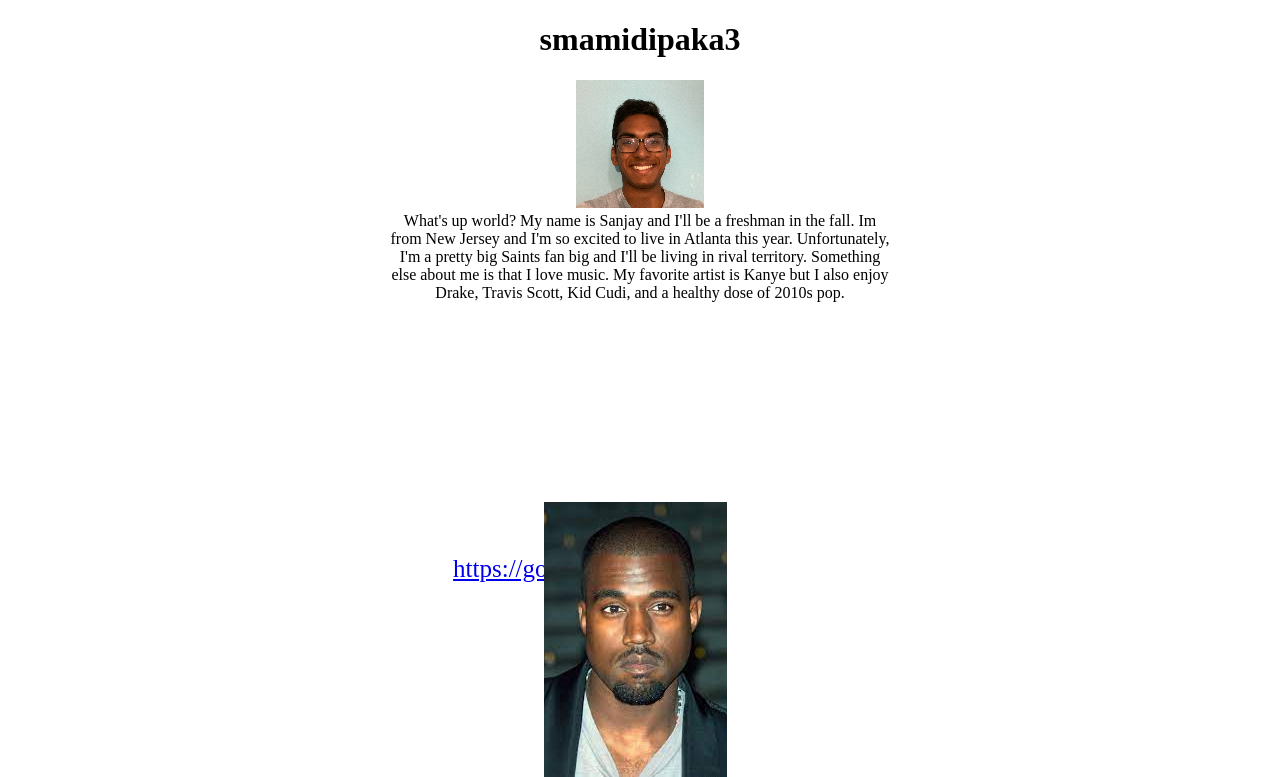
Repository: sanjayMamidipaka/cs1301
Page: lab01/index.html
The author's editor kept a copy of each file at every save. The page is drawn from the files as they stood at one save, then again after the next save.
The browser window is 1280 px wide. The pictures show the whole page.

Above is the page before, as saved 2021-07-22 16:18:05.

### lab01/index.html
<!DOCTYPE html>

<head>
    <link rel="stylesheet" href="style.css">
  </head>

  <div class = "h1">
    <h1>smamidipaka3</h1>

    <img src="image.png" alt="My Picture">
    <p class = 'description'>
        What's up world? My name is Sanjay and I'll be a freshman in the fall. Im from New Jersey and I'm so excited to live in Atlanta this year.
        Unfortunately, I'm a pretty big Saints fan big and I'll be living in rival territory. Something else about me is that I love music. My favorite artist is Kanye but
        I also enjoy Drake, Travis Scott, Kid Cudi, and a healthy dose of 2010s pop.
    </p>

    <a class='link' href="https://google.com">https://google.com</a>

    <a href="https://www.kanyewest.com/" >
        <img class='kanye' src="kanye.jpeg" alt="The GOAT's pic">
    </a>
  </div>

### lab01/style.css
.h1 {
    text-align: center
}

.description {
    width: 500px;
    text-align: center;
    margin: auto;
}

.link {
    font-size: 25px;
    position: abosu;
    top: 250px;
}

.kanye {
    position: relative;
    left: -100px;
    top: 200px;
}

After the next save:
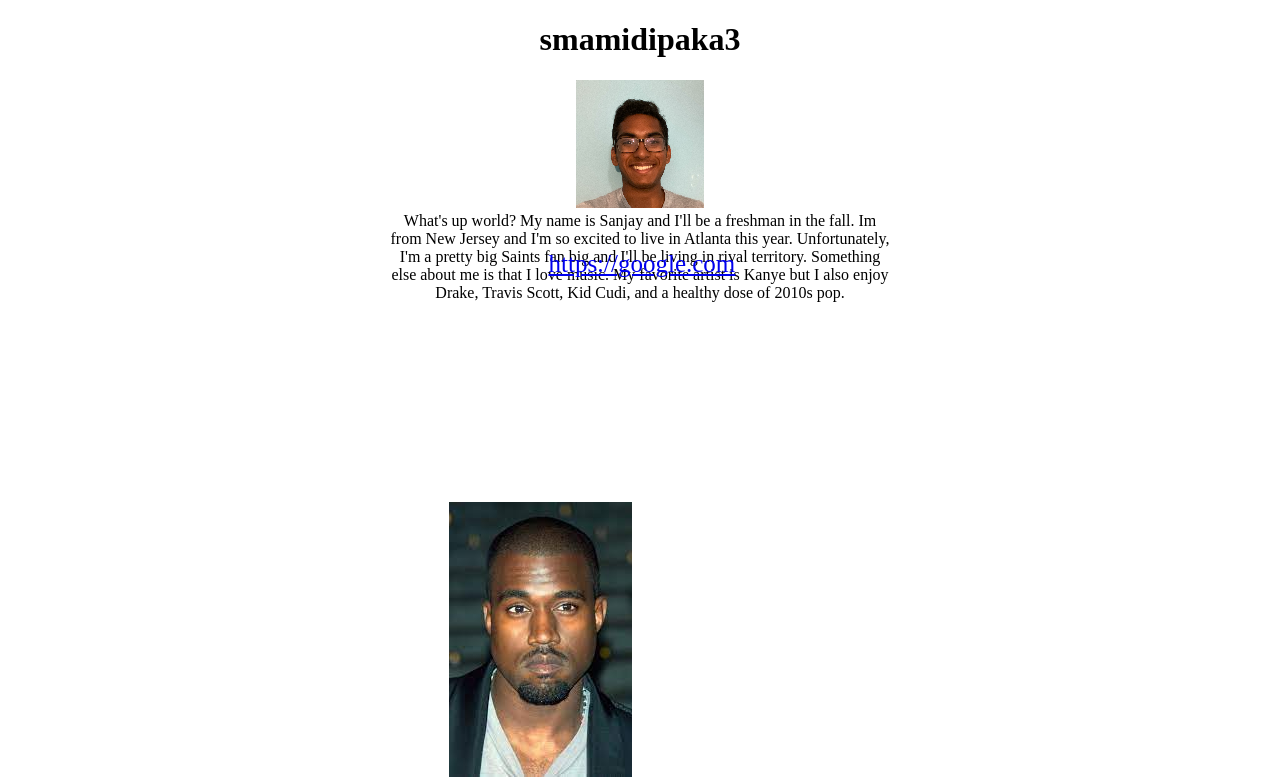
Saved 12 s later.
--- a/lab01/style.css
+++ b/lab01/style.css
@@ -10,7 +10,7 @@
 
 .link {
     font-size: 25px;
-    position: abosu;
+    position: absolute;
     top: 250px;
 }
 
